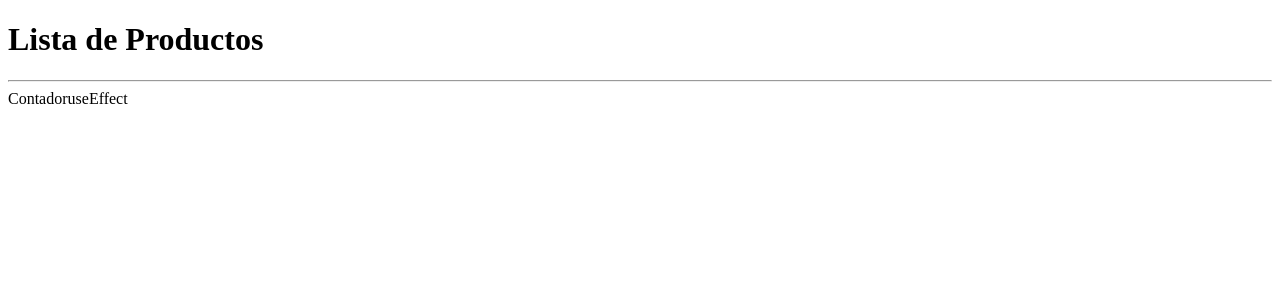
Repository: maxTech2019/Lab-react-C12024
Page: /
An editor plug-in stored every save of this project. The page is shown before and after the next save, followed by the edit.
The browser window is 1280 px wide. The pictures show the whole page.
The project was rebuilt for these pictures with package versions that can differ from the ones it lists, and the page was loaded fresh each time. Also part of the build but not shown: vite.config.js, src/component/Productos.jsx.

Above is the page before, as saved 2024-06-04 16:58:54.

After the next save:
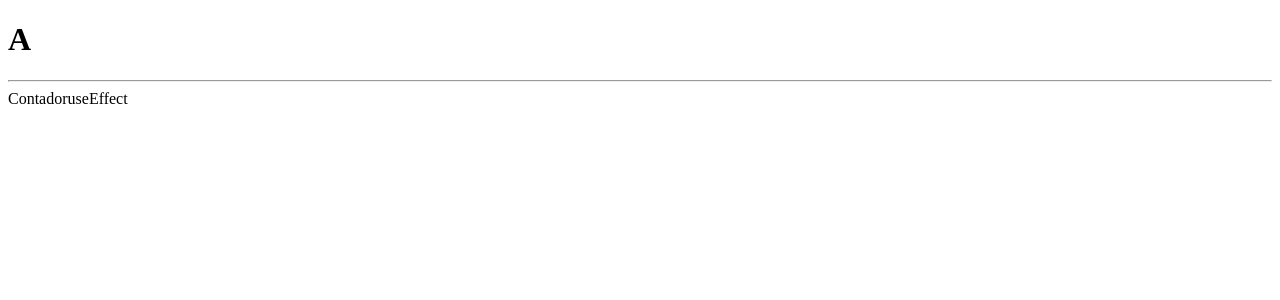
Saved 28 s later.
--- a/src/App.jsx
+++ b/src/App.jsx
@@ -4,7 +4,7 @@ import {ContadoruseEffect} from "./component/ContadoruseEffect";
 const App = () => {
   return (
     <>
-      <h1>Lista de Productos</h1>
+      <h1>A</h1>
       <hr />
       {/* <Contador /> */}
       {/* <Productos/> */}
